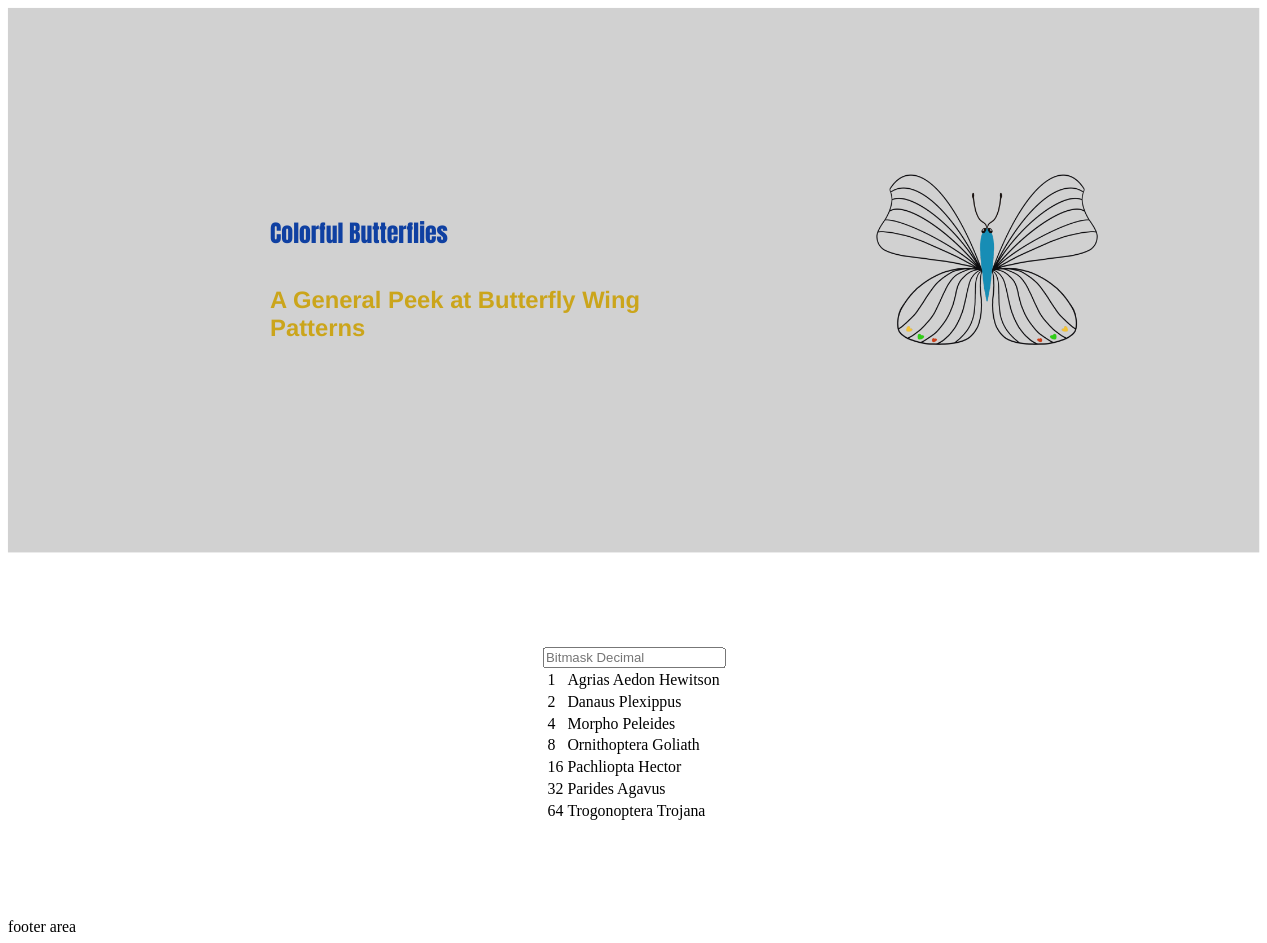
Repository: MeowCeline00/assessment-2
Page: /
An editor plug-in stored every save of this project. The page is shown before and after a run of saves, followed by the edit.
The browser window is 1280 px wide. The pictures show the whole page, at 99% of full size.
The project was rebuilt for these pictures with package versions that can differ from the ones it lists, and the page was loaded fresh each time. The framework's server and built-in components were replaced by stand-ins that run in the browser. Also part of the build but not shown: next.config.mjs.

Above is the page before, as saved 2024-02-07 22:02:01.

After the next 2 saves:
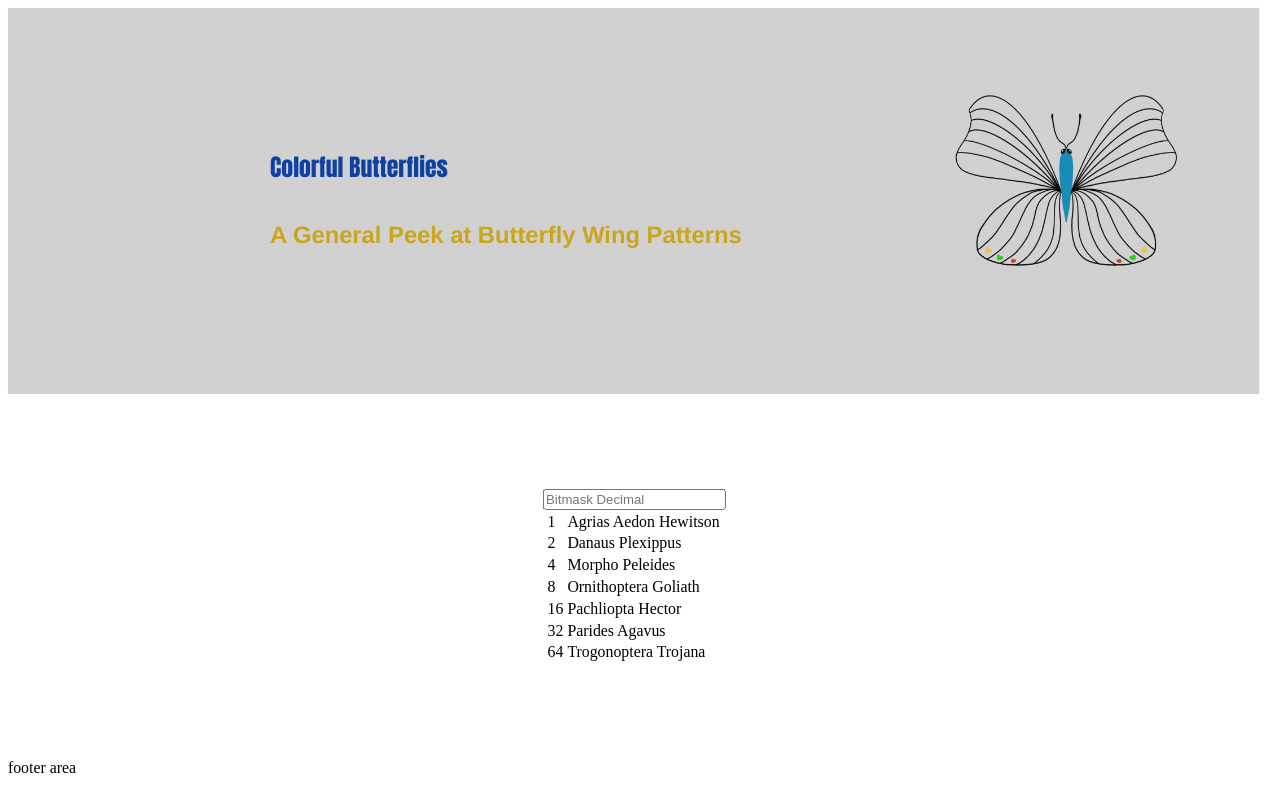
The 2 saves are shown as one change because they came seconds apart.
The last was saved 23 s later.
--- a/Components/Header/Header.module.css
+++ b/Components/Header/Header.module.css
@@ -25,5 +25,5 @@
 
 .logoArea {
   display: flex;
-  padding: 80px;
+  padding-right: ;
 }
